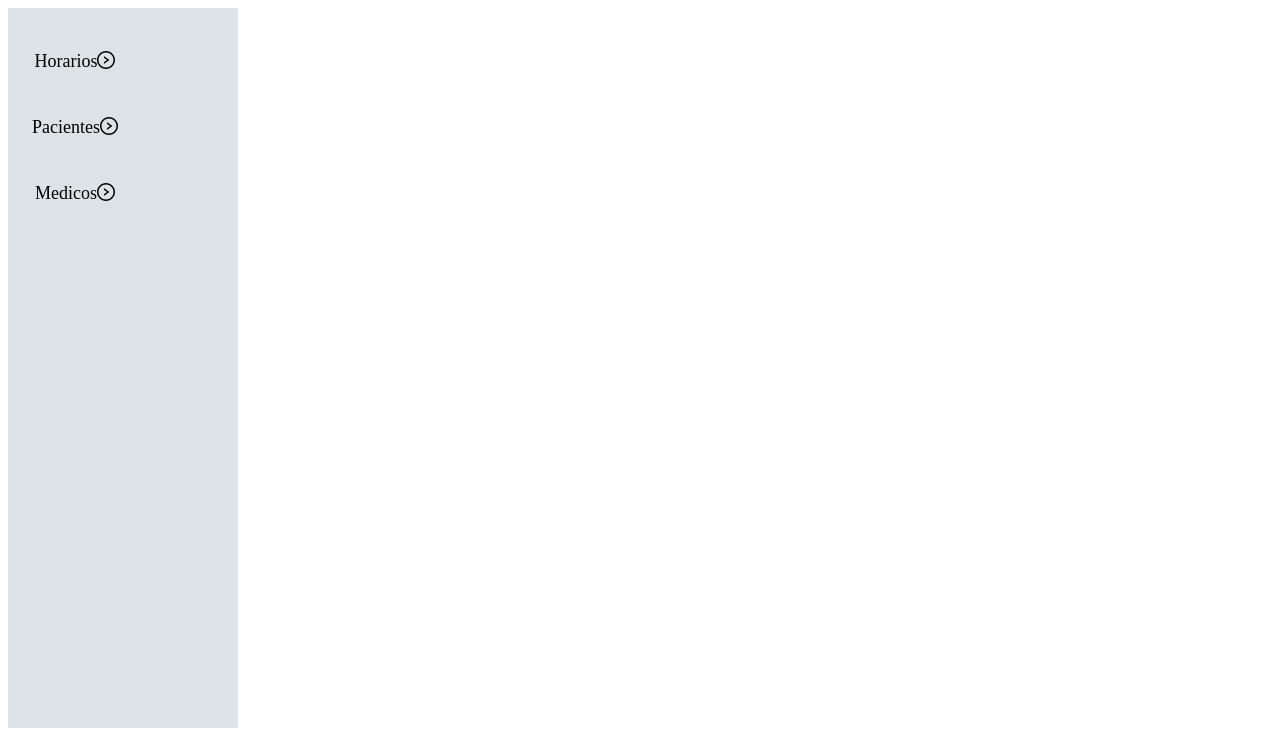
Repository: BarbaraCD/agendaconsulta
Page: /
These files come from the project's save history. The page is drawn as it stood at one moment and after the next save; the edit follows.
The browser window is 1280 px wide. The pictures show the whole page.
The project was rebuilt for these pictures with package versions that can differ from the ones it lists, and the page was loaded fresh each time. Also part of the build but not shown: vite.config.ts.

Above is the page before, as saved 2023-07-31 10:13:21.

After the next save:
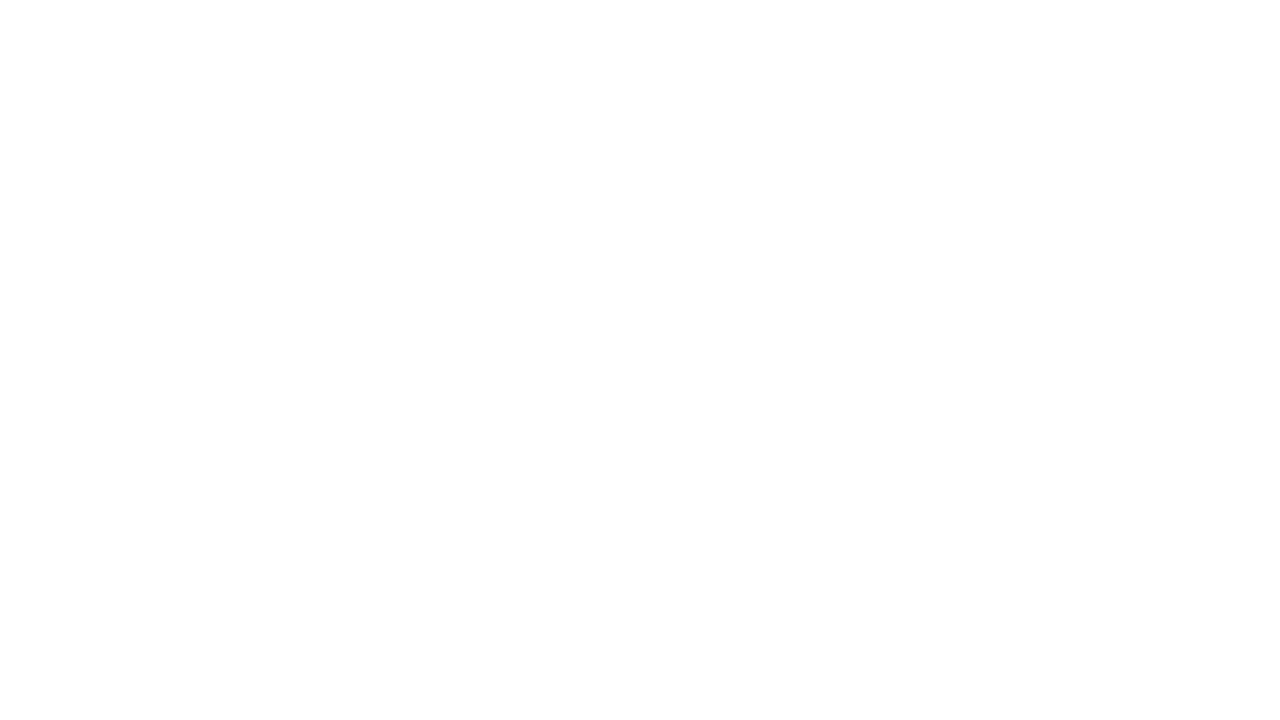
Console error: ReferenceError: GlobalStyle is not defined
Saved 3 min 5 s later.
--- a/src/main.tsx
+++ b/src/main.tsx
@@ -7,6 +7,7 @@ import { Routes } from './routes/index.tsx'
 ReactDOM.createRoot(document.getElementById('root')!).render(
   <React.StrictMode>
     <ThemeProvider theme={theme}>
+      <GlobalStyle />
       <Routes />
     </ThemeProvider>
   </React.StrictMode>,

After the save that followed:
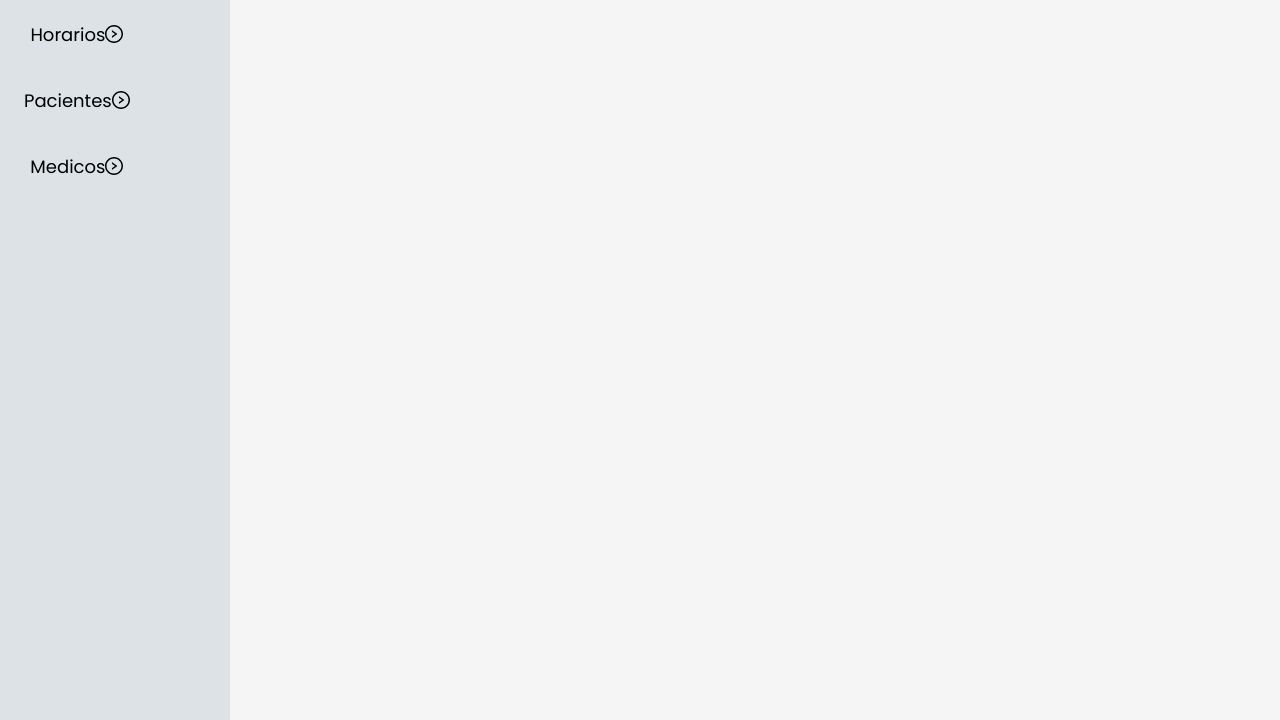
The error is gone.
Saved 25 s later.
--- a/src/main.tsx
+++ b/src/main.tsx
@@ -1,6 +1,7 @@
 import React from 'react'
 import ReactDOM from 'react-dom/client'
 import { ThemeProvider } from 'styled-components'
+import GlobalStyle from './styles/global'
 import { theme } from './styles/Theme.ts'
 import { Routes } from './routes/index.tsx'
 
